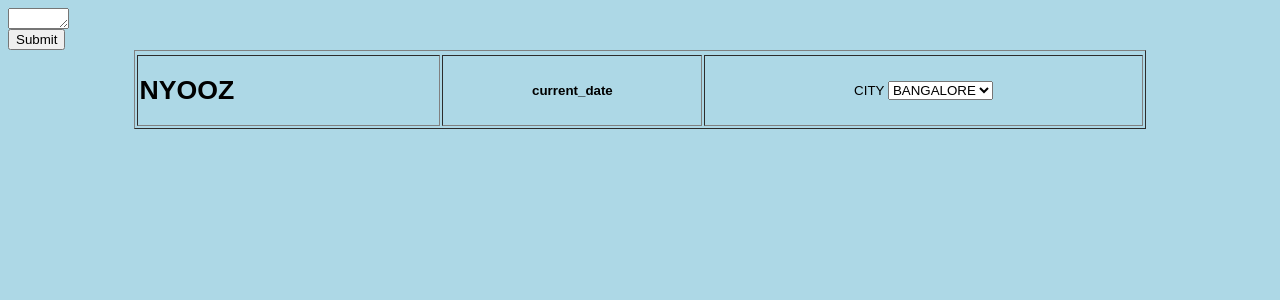
Repository: rsud2253/nyooz
Page: html_play/nyooz_home/index.html
The author's editor kept a copy of each file at every save. The page is drawn from the files as they stood at one save, then again after the next save.
The browser window is 1280 px wide. The pictures show the whole page.

Above is the page before, as saved 2012-07-21 07:19:19.

### html_play/nyooz_home/index.html
<!DOCTYPE HTML PUBLIC "-//W3C//DTD HTML 4.01 Transitional//EN"
"http://www.w3.org/TR/html4/loose.dtd">
<html xmlns="http://www.w3.org/1999/xhtml">
    <head>
        <meta http-equiv="Content-Type" content="text/html; charset=utf-8" />
        <title>nyooz_home</title>

        <style type="text/css">
        	TD{font-family: Arial; font-size: 10pt;}
        </style>
    </head>
    <body style="background-color: lightblue">
    	<table border="1" width="80%" align="center" >
    		<tr align="right">
    			<form method="post" action="">
				<textarea name="comments" cols="5" rows="1">
				Enter your comments here...
				</textarea><br>
				<input type="submit" value="Submit" />
				</form>

    		</tr>
    		<tr>
    			<td align="left" >
    				<h1 style=>NYOOZ</h1>
    			</td>


    			<td align="center">
    				<h4>current_date</h4>
    			</td>


    			<td align="center">
    				<label>CITY</label>
    				<select>
    					<option>BANGALORE</option>
    					<option>coming soon</option>
    				</select>
    			</td>

    		</tr>
    	</table>

    </body>
</html>

After the next save:
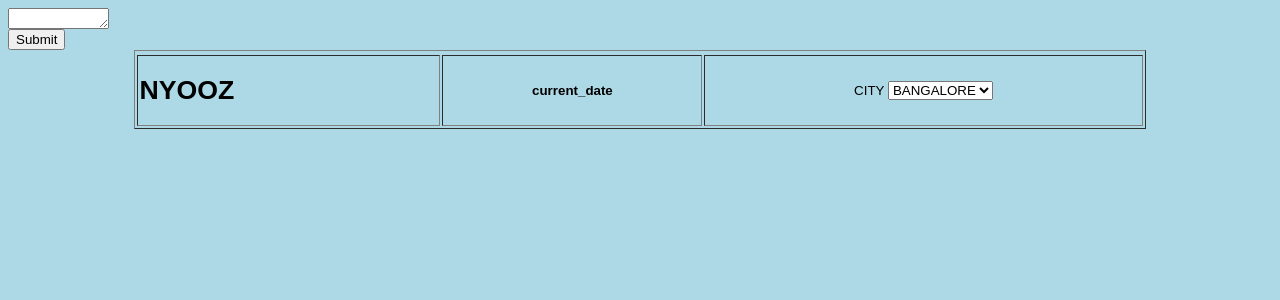
Saved 14 s later.
--- a/html_play/nyooz_home/index.html
+++ b/html_play/nyooz_home/index.html
@@ -13,7 +13,7 @@
     	<table border="1" width="80%" align="center" >
     		<tr align="right">
     			<form method="post" action="">
-				<textarea name="comments" cols="5" rows="1">
+				<textarea name="comments" cols="10" rows="1">
 				Enter your comments here...
 				</textarea><br>
 				<input type="submit" value="Submit" />
